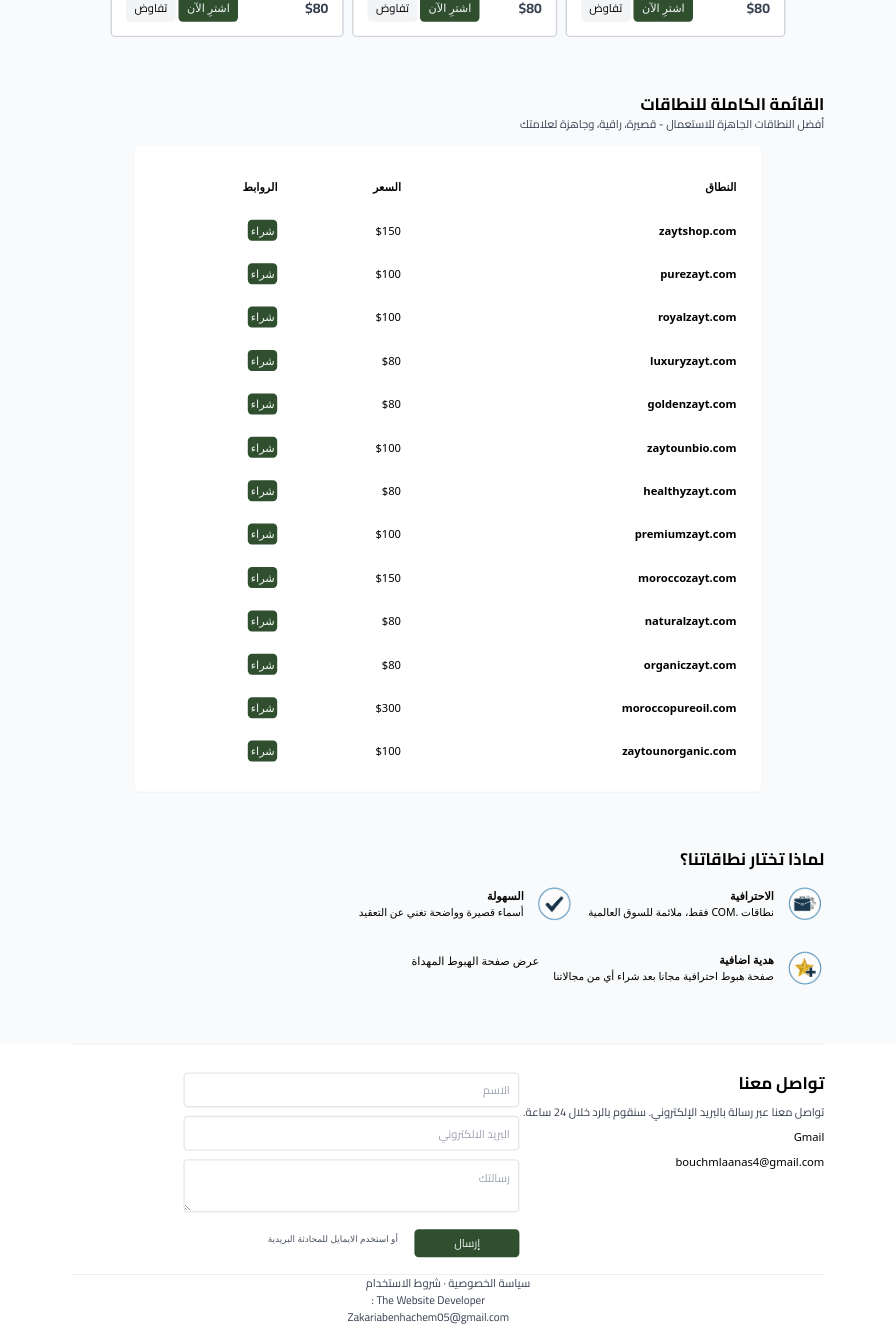
Repository: zakaria-bn05/Olive-oil-domaine-names-english-version
Page: index.html
These files come from the project's save history. The page is drawn as it stood at one moment and after the next save; the edit follows.
The browser window is 1280 px wide. The pictures show the part of the page from y = 780 to 2700 px (the page is 2700 px tall), at 70% of full size.
Some web libraries are served in a nearby version.

Above is the page before, as saved 2025-11-19 01:31:17.

After the next save:
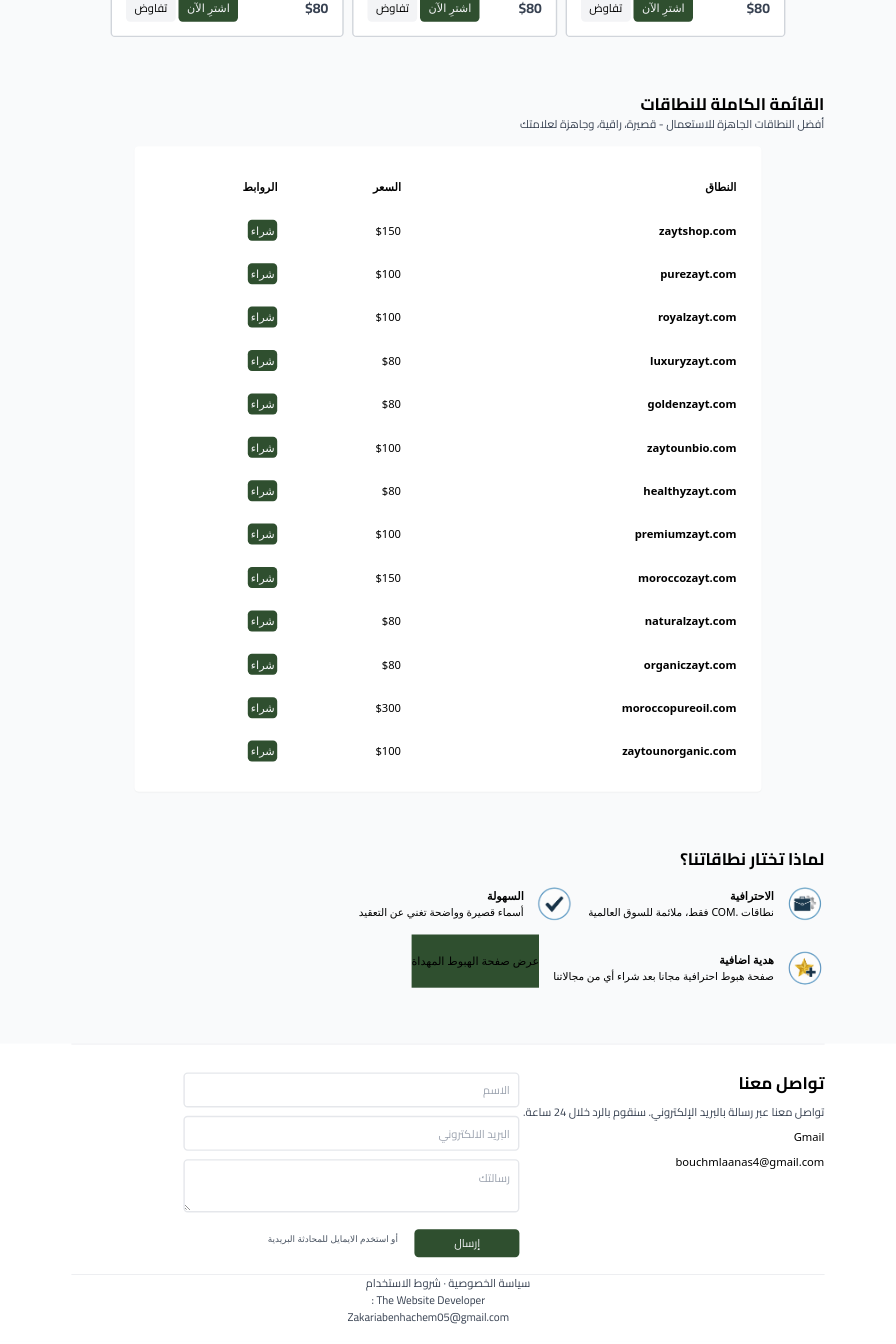
Saved 38 s later.
--- a/index.html
+++ b/index.html
@@ -310,7 +310,7 @@
                         <p class="text-[15px]"> صفحة هبوط احترافية مجانا بعد شراء أي من مجالاتنا </p>
                     </div>
                 </div>
-                <button>عرض صفحة الهبوط المهداة</button>
+                <button class="bg-olive-btn ">عرض صفحة الهبوط المهداة</button>
             </div>
 
         </article>
